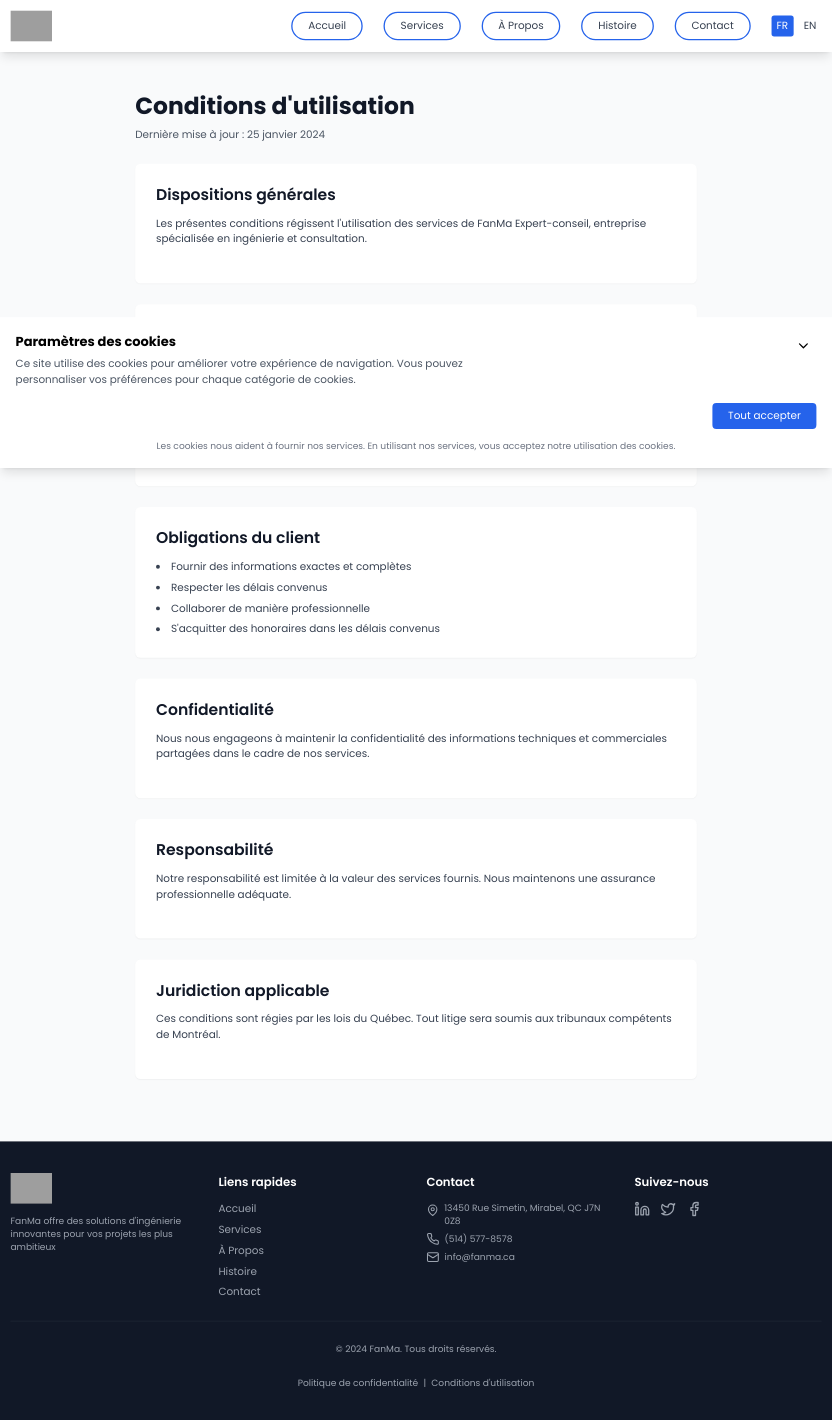
Repository: yannick930424/fanma-website
Page: /legal/terms
An editor plug-in stored every save of this project. The page is shown before and after the next save, followed by the edit.
The browser window is 1280 px wide. The pictures show the whole page, at 65% of full size.
Pictures or frames that could not be fetched are drawn as grey boxes. The page's requests for data from a server got no answer. The project was rebuilt for these pictures with package versions that can differ from the ones it lists, and the page was loaded fresh each time. No one was signed in, and anything a server would have sent is missing. Also part of the build but not shown: vite.config.ts, src/pages/services/CFD1Analysis.tsx, src/pages/services/CFD2Analysis.tsx, src/pages/legal/PrivacyPolicy.tsx, src/components/common/LoadingSpinner.tsx.

Above is the page before, as saved 2025-01-25 11:21:27.

### index.html
<!doctype html>
<html lang="fr">
  <head>
    <meta charset="UTF-8" />
    <link rel="icon" type="image/x-icon" href="https://fanma.ca/images/favicon.ico" />
    <link rel="icon" type="image/svg+xml" href="/vite.svg" />
    <meta name="viewport" content="width=device-width, initial-scale=1.0" />
    <title>FanMa Expert-conseil | Solutions d'ingénierie innovantes</title>

    <!-- SEO Meta Tags -->
    <meta name="description" content="FanMa Expert-conseil - Solutions d'ingénierie innovantes. Expertise en codes et normes, gestion de projet et conception mécanique au Québec.">
    <meta name="keywords" content="ingénierie, gestion de projet, conception mécanique, codes et normes, Québec, Montréal">

    <!-- Open Graph Meta Tags -->
    <meta property="og:title" content="FanMa Expert-conseil | Solutions d'ingénierie innovantes">
    <meta property="og:description" content="Solutions d'ingénierie innovantes pour vos projets les plus ambitieux">
    <meta property="og:image" content="https://fanma.ca/images/og-image.jpg">
    <meta property="og:url" content="https://fanma.ca">
    <meta property="og:type" content="website">

    <!-- Twitter Card Meta Tags -->
    <meta name="twitter:card" content="summary_large_image">
    <meta name="twitter:title" content="FanMa Expert-conseil">
    <meta name="twitter:description" content="Solutions d'ingénierie innovantes pour vos projets les plus ambitieux">
    <meta name="twitter:image" content="https://fanma.ca/images/og-image.jpg">

    <!-- Canonical URL -->
    <link rel="canonical" href="https://fanma.ca">
  </head>
  <body>
    <div id="root"></div>
    <script type="module" src="/src/main.tsx"></script>
  </body>
</html>

### src/App.tsx
import React, { Suspense } from 'react';
import { BrowserRouter, useRoutes } from 'react-router-dom';
import AnalyticsProvider from './components/analytics/AnalyticsProvider';
import { routes } from './routes';
import LoadingSpinner from './components/common/LoadingSpinner';
import CookieConsentBanner from './components/CookieConsentBanner';

function AppRoutes() {
  return useRoutes(routes);
}

function App() {
  return (
    <AnalyticsProvider>
      <BrowserRouter>
        <Suspense fallback={<LoadingSpinner />}>
          <AppRoutes />
        </Suspense>
        <CookieConsentBanner />
      </BrowserRouter>
    </AnalyticsProvider>
  );
}

export default App;

### src/index.css
@import url('https://fonts.googleapis.com/css2?family=Poppins:wght@300;400;500;600;700&display=swap');

@tailwind base;
@tailwind components;
@tailwind utilities;

:root {
  --primary-color: #2563eb;
  --secondary-color: #1e40af;
  --accent-color: #fbbf24;
  --text-color: #1f2937;
  --bg-light: #f3f4f6;
  --bg-medium: #e5e7eb;
  --bg-dark: #d1d5db;
}

body {
  font-family: 'Poppins', sans-serif;
}

.lang-btn {
  @apply px-2 py-1 rounded transition-colors duration-300;
}

.nav-link {
  @apply px-6 py-2 border-2 border-blue-600 rounded-full text-gray-700 hover:bg-blue-600 hover:text-white transition-all duration-300;
}

### src/components/analytics/AnalyticsProvider.tsx
import React, { useEffect } from 'react';
import { initGA4, initGTM, initGoogleAds } from '../../services/analytics';

export default function AnalyticsProvider({ children }: { children: React.ReactNode }) {
  useEffect(() => {
    // Initialize all analytics services
    initGTM();
    initGA4();
    initGoogleAds();
  }, []);

  return <>{children}</>;
}

### src/services/analytics/index.ts
export * from './ga4';
export * from './gtm';
export * from './google-ads';
export * from './types';

### src/pages/legal/Legal.tsx
import React from 'react';
import { Outlet } from 'react-router-dom';

export default function Legal() {
  return (
    <div className="min-h-screen bg-gray-50">
      <Outlet />
    </div>
  );
}

### src/pages/legal/TermsOfUse.tsx
import React from 'react';
import { useLanguage } from '../../hooks/useLanguage';
import { translations } from '../../i18n/translations';

export default function TermsOfUse() {
  const { language } = useLanguage();
  const { terms } = translations[language];

  return (
    <div className="py-16 bg-gray-50">
      <div className="max-w-4xl mx-auto px-4">
        <h1 className="text-4xl font-bold text-gray-900 mb-3">{terms.title}</h1>
        <p className="text-gray-600 mb-8">{terms.lastUpdated}</p>

        {Object.entries(terms.sections).map(([key, section]) => (
          <section key={key} className="bg-white rounded-lg shadow-sm p-8 mb-8">
            <h2 className="text-2xl font-semibold text-gray-900 mb-4">
              {section.title}
            </h2>
            {section.content && (
              <p className="text-gray-700 mb-6">{section.content}</p>
            )}
            {section.items && (
              <ul className="list-disc list-inside space-y-2">
                {section.items.map((item, index) => (
                  <li key={index} className="text-gray-700">{item}</li>
                ))}
              </ul>
            )}
          </section>
        ))}
      </div>
    </div>
  );
}

### src/hooks/useLanguage.ts
import { create } from 'zustand';

type LanguageStore = {
  language: 'fr' | 'en';
  setLanguage: (language: 'fr' | 'en') => void;
};

export const useLanguage = create<LanguageStore>((set) => ({
  language: 'fr',
  setLanguage: (language) => set({ language }),
}));

### src/i18n/translations.ts
import { translations as allTranslations } from './translations/index';

export const translations = allTranslations;

### src/services/analytics/ga4.ts
import { analyticsConfig } from './config';
import type { AnalyticsEvent } from './types';

declare global {
  interface Window {
    gtag: (...args: any[]) => void;
  }
}

export function initGA4(): void {
  const { measurementId } = analyticsConfig.googleAnalytics;

  if (!measurementId) {
    console.warn('GA4 Measurement ID is not configured');
    return;
  }

  // Initialize Google Analytics 4
  const script = document.createElement('script');
  script.async = true;
  script.src = `https://www.googletagmanager.com/gtag/js?id=${measurementId}`;
  document.head.appendChild(script);

  window.dataLayer = window.dataLayer || [];
  window.gtag = function() {
    window.dataLayer.push(arguments);
  };
  window.gtag('js', new Date());
  window.gtag('config', measurementId);
}

export function trackEvent(event: AnalyticsEvent): void {
  if (!window.gtag) {
    console.warn('Google Analytics not initialized');
    return;
  }

  window.gtag('event', event.action, {
    event_category: event.category,
    event_label: event.label,
    value: event.value,
  });
}

### src/services/analytics/gtm.ts
import { analyticsConfig } from './config';

export function initGTM(): void {
  const { containerId } = analyticsConfig.googleTagManager;

  if (!containerId) {
    console.warn('GTM Container ID is not configured');
    return;
  }

  // Initialize Google Tag Manager
  const script = document.createElement('script');
  script.innerHTML = `
    (function(w,d,s,l,i){w[l]=w[l]||[];w[l].push({'gtm.start':
    new Date().getTime(),event:'gtm.js'});var f=d.getElementsByTagName(s)[0],
    j=d.createElement(s),dl=l!='dataLayer'?'&l='+l:'';j.async=true;j.src=
    'https://www.googletagmanager.com/gtm.js?id='+i+dl;f.parentNode.insertBefore(j,f);
    })(window,document,'script','dataLayer','${containerId}');
  `;
  document.head.appendChild(script);

  // Add GTM noscript iframe
  const noscript = document.createElement('noscript');
  const iframe = document.createElement('iframe');
  iframe.src = `https://www.googletagmanager.com/ns.html?id=${containerId}`;
  iframe.height = '0';
  iframe.width = '0';
  iframe.style.display = 'none';
  iframe.style.visibility = 'hidden';
  noscript.appendChild(iframe);
  document.body.appendChild(noscript);
}

### src/services/analytics/google-ads.ts
import { analyticsConfig } from './config';

export function initGoogleAds(): void {
  const { conversionId } = analyticsConfig.googleAds;

  if (!conversionId) {
    console.warn('Google Ads Conversion ID is not configured');
    return;
  }

  // Initialize Google Ads
  const script = document.createElement('script');
  script.async = true;
  script.src = `https://www.googletagmanager.com/gtag/js?id=AW-${conversionId}`;
  document.head.appendChild(script);

  window.dataLayer = window.dataLayer || [];
  window.gtag = function() {
    window.dataLayer.push(arguments);
  };
  window.gtag('js', new Date());
  window.gtag('config', `AW-${conversionId}`);
}

export function trackConversion(conversionLabel: string, value?: number): void {
  const { conversionId } = analyticsConfig.googleAds;

  if (!window.gtag) {
    console.warn('Google Ads not initialized');
    return;
  }

  window.gtag('event', 'conversion', {
    send_to: `AW-${conversionId}/${conversionLabel}`,
    value: value,
    currency: 'CAD',
  });
}

### src/services/analytics/types.ts
export interface AnalyticsConfig {
  googleAnalytics: {
    measurementId: string;
  };
  googleAds: {
    conversionId: string;
  };
  googleTagManager: {
    containerId: string;
  };
}

export interface AnalyticsEvent {
  category: string;
  action: string;
  label?: string;
  value?: number;
}

### src/components/LanguageSwitch.tsx
import React from 'react';
import { useLanguage } from '../hooks/useLanguage';

export default function LanguageSwitch() {
  const { language, setLanguage } = useLanguage();

  return (
    <div className="flex items-center space-x-2">
      <button
        onClick={() => setLanguage('fr')}
        className={`lang-btn ${language === 'fr' ? 'bg-blue-600 text-white' : 'text-gray-700'}`}
      >
        FR
      </button>
      <button
        onClick={() => setLanguage('en')}
        className={`lang-btn ${language === 'en' ? 'bg-blue-600 text-white' : 'text-gray-700'}`}
      >
        EN
      </button>
    </div>
  );
}

### src/components/Footer/Footer.tsx
import React from 'react';
import { Link } from 'react-router-dom';
import { useLanguage } from '../../hooks/useLanguage';
import { translations } from '../../i18n/translations';
import SocialLinks from './SocialLinks';
import ContactInfo from './ContactInfo';
import QuickLinks from './QuickLinks';

export default function Footer() {
  const { language } = useLanguage();
  const t = translations[language];

  return (
    <footer className="bg-gray-900 text-white py-12">
      <div className="container mx-auto px-4">
        <div className="grid grid-cols-1 md:grid-cols-4 gap-8">
          <div>
            <img src="https://fanma.ca/images/logo.png" alt="FanMa Logo" className="h-12 mb-4" />
            <p className="text-sm text-gray-400">{t.footer.description}</p>
          </div>

          <div>
            <h4 className="text-lg font-semibold mb-4">{t.footer.quickLinks}</h4>
            <QuickLinks />
          </div>

          <div>
            <h4 className="text-lg font-semibold mb-4">{t.footer.contact}</h4>
            <ContactInfo />
          </div>

          <div>
            <h4 className="text-lg font-semibold mb-4">{t.footer.followUs}</h4>
            <SocialLinks />
          </div>
        </div>

        <div className="border-t border-gray-800 mt-8 pt-8 text-center text-sm text-gray-400">
          <p>{t.footer.copyright}</p>
          <div className="mt-8 text-center text-sm">
            <Link to="/privacy" className="text-gray-400 hover:text-white transition duration-300">
              {t.footer.privacyPolicy}
            </Link>
            <span className="mx-2">|</span>
            <Link to="/terms" className="text-gray-400 hover:text-white transition duration-300">
              {t.footer.termsOfUse}
            </Link>
          </div>
        </div>
      </div>
    </footer>
  );
}

### src/i18n/translations/index.ts
import { commonTranslations } from './common';
import { homeTranslations } from './pages/home';
import { aboutTranslations } from './pages/about';
import { contactTranslations } from './pages/contact';
import { historyTranslations } from './pages/history';
import { servicesTranslations } from './services';
import { codesTranslations } from './services/codes';
import { managementTranslations } from './services/management';
import { mechanicalTranslations } from './services/mechanical';
import { cookieTranslations } from './cookies';
import { legalTranslations } from './legal';

export const translations = {
  fr: {
    ...commonTranslations.fr,
    cookies: cookieTranslations.fr,
    home: homeTranslations.fr,
    about: aboutTranslations.fr,
    contact: contactTranslations.fr,
    history: historyTranslations.fr,
    services: {
      ...servicesTranslations.fr,
      codes: codesTranslations.fr,
      management: managementTranslations.fr,
      mechanical: mechanicalTranslations.fr
    },
    privacy: legalTranslations.fr.privacy,
    terms: legalTranslations.fr.terms
  },
  en: {
    ...commonTranslations.en,
    cookies: cookieTranslations.en,
    home: homeTranslations.en,
    about: aboutTranslations.en,
    contact: contactTranslations.en,
    history: historyTranslations.en,
    services: {
      ...servicesTranslations.en,
      codes: codesTranslations.en,
      management: managementTranslations.en,
      mechanical: mechanicalTranslations.en
    },
    privacy: legalTranslations.en.privacy,
    terms: legalTranslations.en.terms
  }
};

### src/services/analytics/config.ts
import { AnalyticsConfig } from './types';

export const analyticsConfig: AnalyticsConfig = {
  googleAnalytics: {
    measurementId: import.meta.env.VITE_GA_MEASUREMENT_ID,
  },
  googleAds: {
    conversionId: import.meta.env.VITE_GOOGLE_ADS_CONVERSION_ID,
  },
  googleTagManager: {
    containerId: import.meta.env.VITE_GTM_CONTAINER_ID,
  },
};

### src/components/Footer/SocialLinks.tsx
import React from 'react';
import { Linkedin, Twitter, Facebook } from 'lucide-react';

const socialLinks = {
  linkedin: "https://www.linkedin.com/company/fanma-expert-conseil",
  twitter: "https://twitter.com/fanma",
  facebook: "https://facebook.com/fanma"
};

export default function SocialLinks() {
  return (
    <div className="flex space-x-4">
      <a href={socialLinks.linkedin} className="text-gray-400 hover:text-white transition duration-300" target="_blank" rel="noopener noreferrer">
        <Linkedin className="w-6 h-6" />
      </a>
      <a href={socialLinks.twitter} className="text-gray-400 hover:text-white transition duration-300" target="_blank" rel="noopener noreferrer">
        <Twitter className="w-6 h-6" />
      </a>
      <a href={socialLinks.facebook} className="text-gray-400 hover:text-white transition duration-300" target="_blank" rel="noopener noreferrer">
        <Facebook className="w-6 h-6" />
      </a>
    </div>
  );
}

### src/components/Footer/ContactInfo.tsx
import React from 'react';
import { MapPin, Phone, Mail } from 'lucide-react';
import { useLanguage } from '../../hooks/useLanguage';
import { translations } from '../../i18n/translations';

export default function ContactInfo() {
  const { language } = useLanguage();
  const t = translations[language];

  return (
    <ul className="space-y-2 text-sm text-gray-400">
      <li className="flex items-start">
        <MapPin className="w-5 h-5 mr-2 mt-1" />
        <span>{t.footer.address}</span>
      </li>
      <li className="flex items-center">
        <Phone className="w-5 h-5 mr-2" />
        <span>{t.footer.phone}</span>
      </li>
      <li className="flex items-center">
        <Mail className="w-5 h-5 mr-2" />
        <span>{t.footer.email}</span>
      </li>
    </ul>
  );
}

### src/components/Footer/QuickLinks.tsx
import React from 'react';
import { Link } from 'react-router-dom';
import { useLanguage } from '../../hooks/useLanguage';
import { translations } from '../../i18n/translations';

export default function QuickLinks() {
  const { language } = useLanguage();
  const t = translations[language];

  return (
    <ul className="space-y-2">
      <li>
        <Link to="/" className="text-gray-400 hover:text-white transition duration-300">
          {t.nav.home}
        </Link>
      </li>
      <li>
        <Link to="/services" className="text-gray-400 hover:text-white transition duration-300">
          {t.nav.services}
        </Link>
      </li>
      <li>
        <Link to="/about" className="text-gray-400 hover:text-white transition duration-300">
          {t.nav.about}
        </Link>
      </li>
      <li>
        <Link to="/history" className="text-gray-400 hover:text-white transition duration-300">
          {t.nav.history}
        </Link>
      </li>
      <li>
        <Link to="/contact" className="text-gray-400 hover:text-white transition duration-300">
          {t.nav.contact}
        </Link>
      </li>
    </ul>
  );
}

### src/i18n/translations/common.ts

export const commonTranslations = {
  fr: {
    nav: {
      home: 'Accueil',
      services: 'Services',
      about: 'À Propos',
      history: 'Histoire',
      contact: 'Contact'
    },
    footer: {
      quickLinks: 'Liens rapides',
      contact: 'Contact',
      followUs: 'Suivez-nous',
      description: 'FanMa offre des solutions d\'ingénierie innovantes pour vos projets les plus ambitieux',
      address: '13450 Rue Simetin, Mirabel, QC J7N 0Z8',
      phone: '(514) 577-8578',
      email: 'info@fanma.ca',
      copyright: '© 2024 FanMa. Tous droits réservés.',
      privacyPolicy: 'Politique de confidentialité',
      termsOfUse: 'Conditions d\'utilisation'
    }
  },
  en: {
    nav: {
      home: 'Home',
      services: 'Services',
      about: 'About',
      history: 'History',
      contact: 'Contact'
    },
    footer: {
      quickLinks: 'Quick Links',
      contact: 'Contact',
      followUs: 'Follow Us',
      description: 'FanMa provides innovative engineering solutions for your most ambitious projects',
      address: '13450 Rue Simetin, Mirabel, QC J7N 0Z8',
      phone: '(514) 577-8578',
      email: 'info@fanma.ca',
      copyright: '© 2024 FanMa. All rights reserved.',
      privacyPolicy: 'Privacy Policy',
      termsOfUse: 'Terms of Use'
    }
  }
};

### src/i18n/translations/pages/home.ts
export const homeTranslations = {
  fr: {
    hero: {
      title: 'FanMa Expert-conseil',
      subtitle1: 'Codes et normes',
      subtitle2: 'Gestion de projet',
      subtitle3: 'Conception mécanique',
      description: 'Votre partenaire pour des solutions d\'ingénierie innovantes depuis plus de 15 ans.',
      cta: 'Contactez-nous'
    },
    about: {
      title: 'L\'Innovation au service de la performance',
      description: 'Chez FanMa, nous sommes plus qu\'un simple bureau de génie-conseil : nous sommes des partenaires stratégiques pour vos projets. Forts de plus de 15 ans d\'expérience multidisciplinaire et d\'une expertise reconnue dans des secteurs variés, nous transformons vos défis en opportunités.',
      cta: 'En savoir plus'
    }
  },
  en: {
    hero: {
      title: 'FanMa Engineering',
      subtitle1: 'Codes and Standards',
      subtitle2: 'Project Management',
      subtitle3: 'Mechanical Design',
      description: 'Your partner for innovative engineering solutions for over 15 years.',
      cta: 'Contact Us'
    },
    about: {
      title: 'Innovation driving performance',
      description: 'At FanMa, we are more than just an engineering consulting firm: we are strategic partners for your projects. With over 15 years of multidisciplinary experience and recognized expertise in various sectors, we transform your challenges into opportunities.',
      cta: 'Learn More'
    }
  }
};

### src/i18n/translations/services/index.ts
export const servicesTranslations = {
  fr: {
    title: 'Nos Services',
    subtitle: 'Des solutions complètes pour vos besoins en ingénierie'
  },
  en: {
    title: 'Our Services',
    subtitle: 'Comprehensive solutions for your engineering needs'
  }
};

Loaded but not shown: src/main.tsx (common file); tailwind.config.js (common file); src/i18n/translations/services/mechanical/cfd.ts (188 lines, source omitted); src/i18n/translations/services/mechanical.ts (200 lines, source omitted); src/i18n/translations/legal.ts (194 lines, source omitted); src/i18n/translations/services/codes.ts (158 lines, source omitted); src/i18n/translations/services/management.ts (156 lines, source omitted); src/components/CookieConsentBanner.tsx (175 lines, source omitted); src/i18n/translations/pages/about.ts (66 lines, source omitted); src/i18n/translations/cookies.ts (105 lines, source omitted); src/components/Layout.tsx (97 lines, source omitted); src/i18n/translations/pages/history.ts (66 lines, source omitted); src/i18n/translations/pages/contact.ts (76 lines, source omitted); src/routes/index.tsx (50 lines, source omitted)

After the next save:
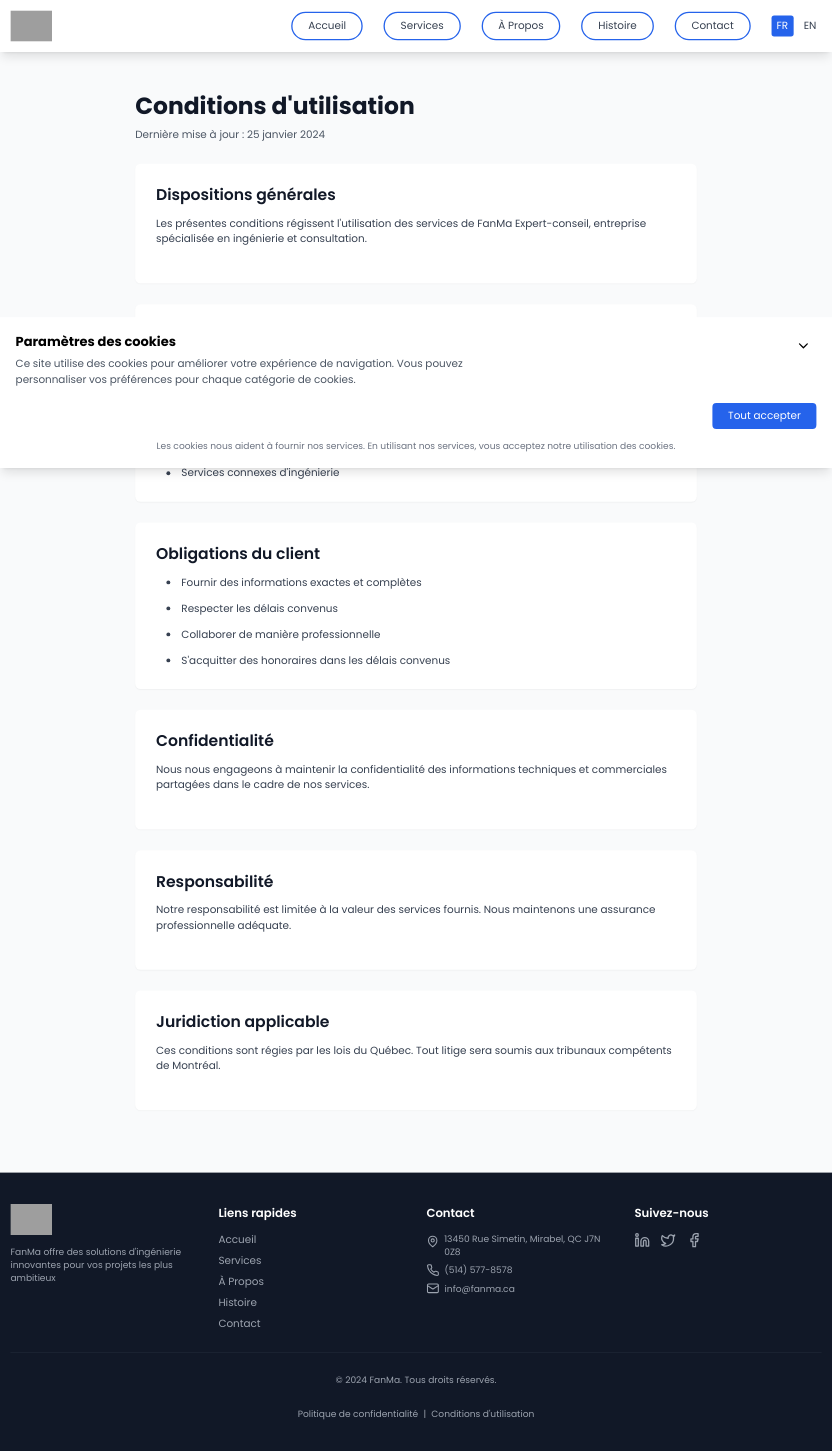
Saved 22 s later.
--- a/src/pages/legal/TermsOfUse.tsx
+++ b/src/pages/legal/TermsOfUse.tsx
@@ -1,6 +1,19 @@
 import React from 'react';
 import { useLanguage } from '../../hooks/useLanguage';
 import { translations } from '../../i18n/translations';
+import type { LegalItem } from '../../types/legal';
+
+const renderItem = (item: LegalItem) => {
+  if (typeof item === 'string') {
+    return <li className="text-gray-700">{item}</li>;
+  }
+  return (
+    <div className="bg-gray-50 p-4 rounded">
+      <h3 className="font-medium text-gray-900 mb-2">{item.title}</h3>
+      <p className="text-gray-700">{item.content}</p>
+    </div>
+  );
+};
 
 export default function TermsOfUse() {
   const { language } = useLanguage();
@@ -9,7 +22,9 @@ export default function TermsOfUse() {
   return (
     <div className="py-16 bg-gray-50">
       <div className="max-w-4xl mx-auto px-4">
-        <h1 className="text-4xl font-bold text-gray-900 mb-3">{terms.title}</h1>
+        <h1 className="text-4xl font-bold text-gray-900 mb-3">
+          {terms.title}
+        </h1>
         <p className="text-gray-600 mb-8">{terms.lastUpdated}</p>
 
         {Object.entries(terms.sections).map(([key, section]) => (
@@ -17,13 +32,19 @@ export default function TermsOfUse() {
             <h2 className="text-2xl font-semibold text-gray-900 mb-4">
               {section.title}
             </h2>
+
             {section.content && (
               <p className="text-gray-700 mb-6">{section.content}</p>
             )}
+
             {section.items && (
-              <ul className="list-disc list-inside space-y-2">
+              <ul className={`space-y-4 ${
+                typeof section.items[0] === 'string' ? 'list-disc list-inside pl-4' : ''
+              }`}>
                 {section.items.map((item, index) => (
-                  <li key={index} className="text-gray-700">{item}</li>
+                  <React.Fragment key={index}>
+                    {renderItem(item)}
+                  </React.Fragment>
                 ))}
               </ul>
             )}
